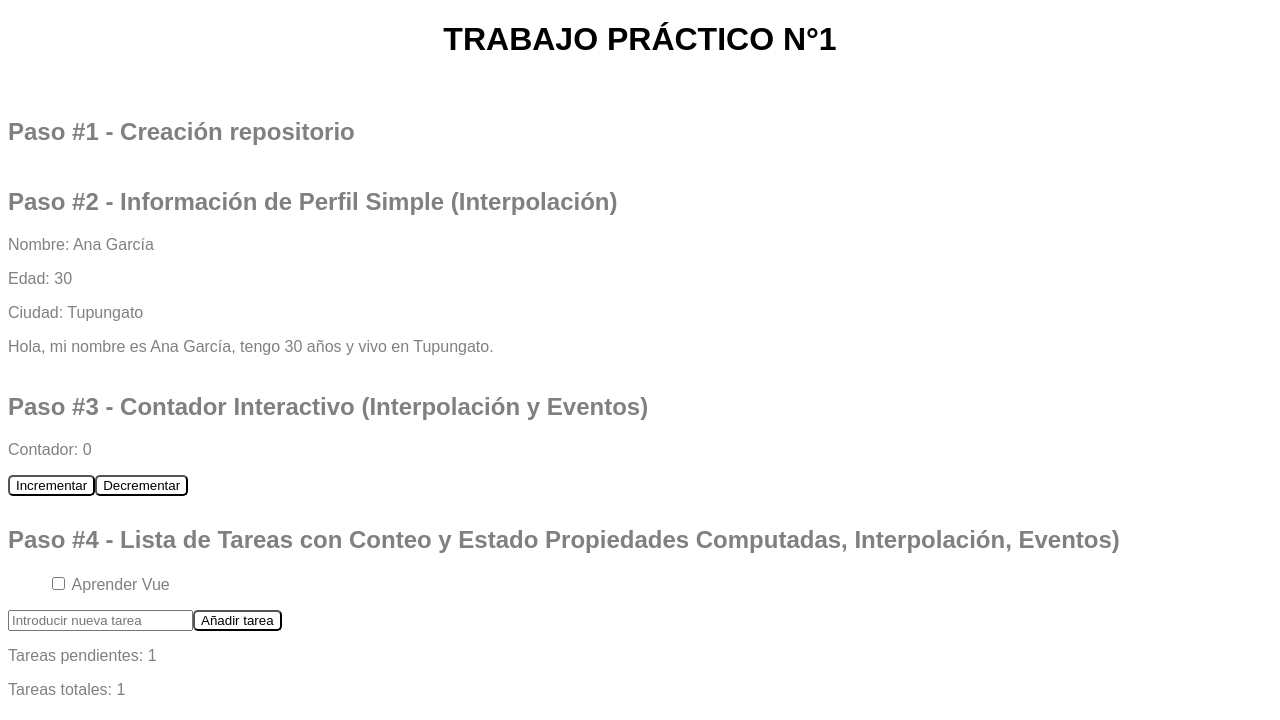
Repository: SofiaSferco/PWA
Page: practico01/index.html
An editor plug-in stored every save of this project. The page is shown before and after a run of saves, followed by the edit.
The browser window is 1280 px wide. The pictures show the whole page.

Above is the page before, as saved 2025-10-03 14:16:11.

### practico01/index.html
<!DOCTYPE html>
<html lang="en">
<head>
    <meta charset="UTF-8">
    <title>Trabajo Práctico 1</title>
    <script src="https://unpkg.com/vue@3/dist/vue.global.js"></script>
</head>
<body>
    <div id="app">
        <h1>TRABAJO PRÁCTICO N°1</h1>
        <br>
        <h2>Paso #1 - Creación repositorio</h2>
        <hr>
        <h2>{{ segundopaso }}</h2>
            <p>Nombre: {{ nombre }}</p>
            <p>Edad: {{ edad }}</p>
            <p>Ciudad: {{ ciudad }}</p>
            <p>Hola, mi nombre es {{ nombre }}, tengo {{ edad }} años y vivo en {{ ciudad }}.</p>
        <hr>
        <h2>{{ tercerpaso }}</h2>
            <p>Contador: {{ contador }}</p>
            <button v-on:click="contador++">Incrementar</button>
            <button @click="contador--">Decrementar</button>
        <hr>
        <h2>{{cuartopaso}}</h2>
        <ul>
            <li v-for="tarea in tareas" :key="tarea.id" :class="{tachar: tarea.completada}"><input type="checkbox" v-model="tarea.completada"> {{tarea.texto}}</li>
        </ul>
        <input v-model="nuevaTarea" placeholder="Introducir nueva tarea">
        <button @click="agregarTarea">Añadir tarea</button>
        <p>Tareas pendientes: {{tareasPendientes}}</p>
        <p>Tareas totales: {{tareasTotales}}</p>



    </div>
    <script>
        const { createApp } = Vue;
        createApp({
            data() {
                return {
                    segundopaso: 'Paso #2 - Información de Perfil Simple (Interpolación)',
                    nombre: 'Ana García',
                    edad: 30,
                    ciudad: 'Tupungato',
                    tercerpaso: 'Paso #3 - Contador Interactivo (Interpolación y Eventos)',
                    contador: 0,
                    cuartopaso: 'Paso #4 - Lista de Tareas con Conteo y Estado Propiedades Computadas, Interpolación, Eventos)',
                    nuevaTarea: '',
                    tareas: [{
                        id: 1,
                        texto: "Aprender Vue",
                        completada: false
                    }
                    ]
               }
            }, methods: {
                agregarTarea() {
                    if (this.nuevaTarea != "") { //asi como está admite espacios y permito agregar tareas vacias si uso this.nuevaTarea.trim() ahi limito eso
                        this.tareas.push({
                            id: this.tareas.length +1,
                            texto: this.nuevaTarea,
                            completada: false
                        })
                        }
                    this.nuevaTarea = '';
                    }
                }, computed: {
                    tareasPendientes() {
                        return this.tareas.filter (tarea => !tarea.completada).length;
                    },
                     tareasTotales() {
                        return this.tareas.length;
                    }
                }
            },
        ).mount('#app');
    </script>
</body>
<style>
    body {
        font-family: Arial, Helvetica, sans-serif;
        color: gray;
    }
    h1{
        text-align: center;
        color: black;
    }
    h2 {
        color: rgb;
    }
    hr {
        border: 1px solid #ffff;
    }
    button {
        background-color: #ffff;
        color: black;
        cursor: pointer;
        border-radius: 5px;
    }
    button:hover {
        background-color: rgb(177, 177, 240);
    }
    ul{
        list-style-type: none;
    }
    .tachar{
        text-decoration: line-through;
        color: #ffff;
    }
</style>
</html>

After the next 2 saves:
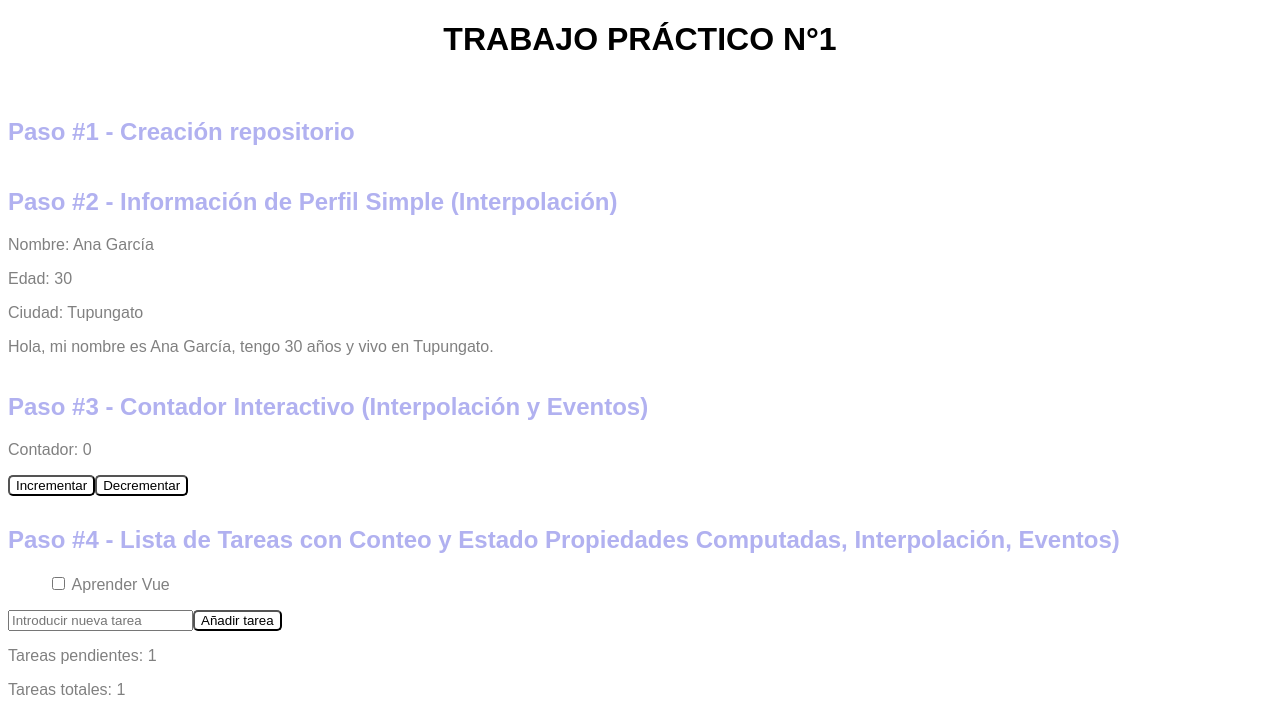
The 2 saves are shown as one change because they came seconds apart.
The last was saved 6 s later.
--- a/practico01/index.html
+++ b/practico01/index.html
@@ -87,7 +87,7 @@
         color: black;
     }
     h2 {
-        color: rgb;
+        color: rgb(177, 177, 240);
     }
     hr {
         border: 1px solid #ffff;
